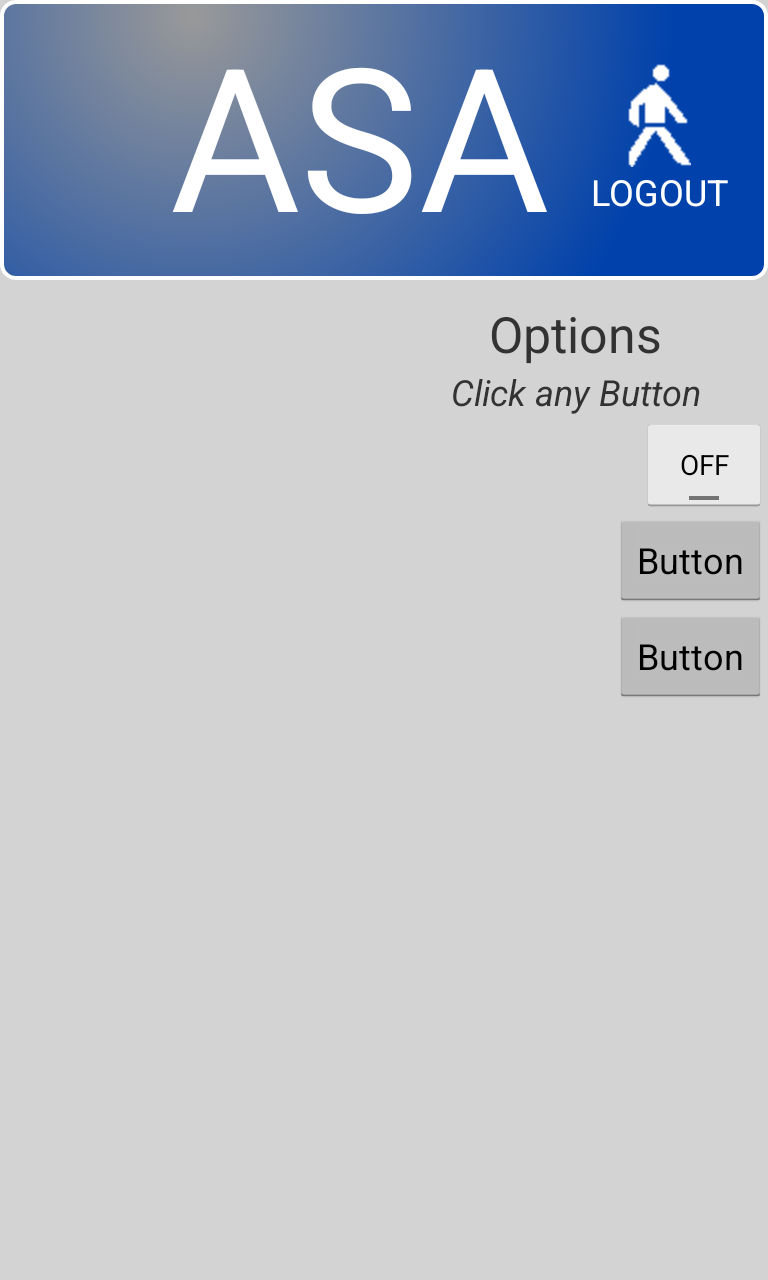
Repository: vinnare89/ASA
Layout: ASA/res/layout/asa_layout.xml
The author's editor kept a copy of each file at every save. The layout is drawn from the files as they stood at one save, then again after the next save.
It is drawn on a 768 x 1280 px phone screen (xhdpi) without system bars, with theme AppTheme; the app's code is not run.

Above is the layout before, as saved 2013-12-15 15:13:06.

After the next save:
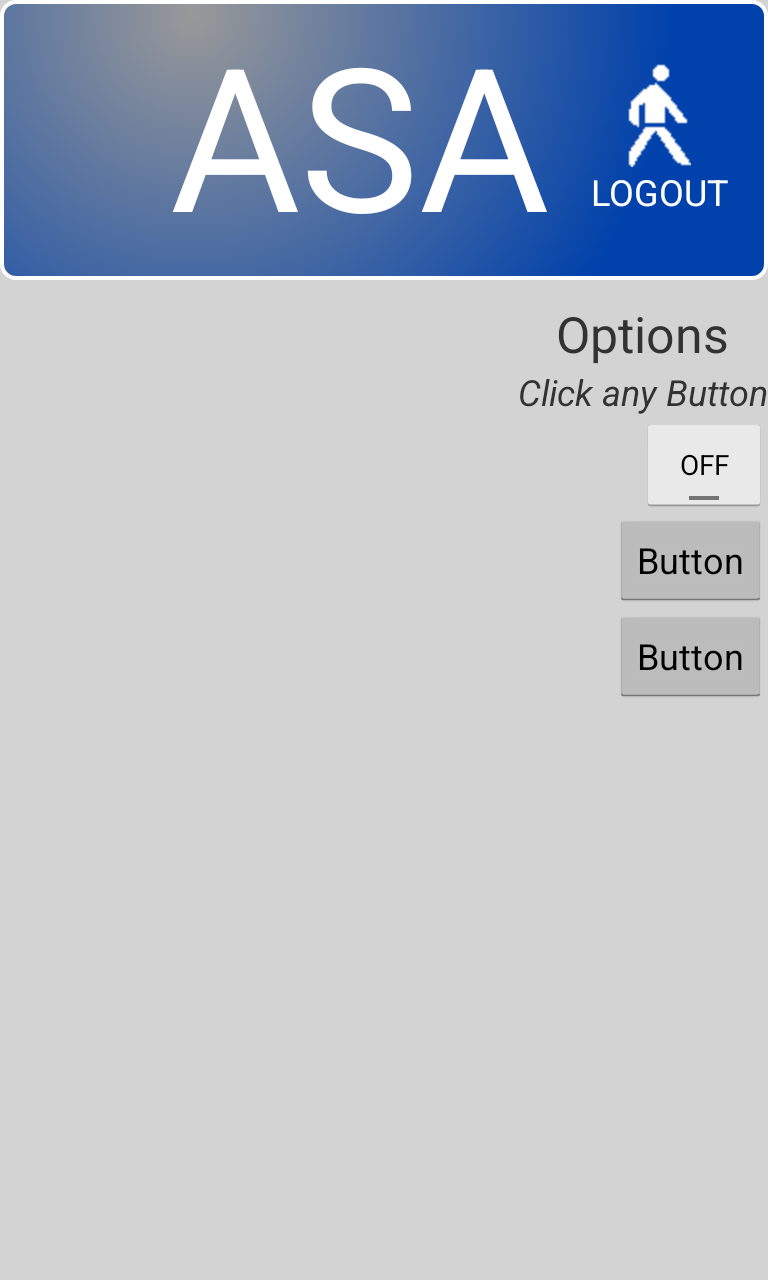
Saved 4 min 26 s later.
--- a/ASA/res/layout/asa_layout.xml
+++ b/ASA/res/layout/asa_layout.xml
@@ -45,17 +45,11 @@
         android:layout_height="fill_parent"
         android:gravity="center_horizontal" >
 
-        <View
-            android:id="@+id/fakeView"
-            android:layout_width="0dp"
-            android:layout_height="0dp"
-            android:layout_centerInParent="true"/>
-
         <LinearLayout
             android:layout_width="wrap_content"
             android:layout_height="fill_parent"
             android:layout_alignParentLeft="true"
-            android:layout_alignRight="@id/fakeView"
+            android:layout_centerInParent="true"
             android:layout_marginTop="@dimen/asa_margin_top"
             android:orientation="vertical" >
 
@@ -68,13 +62,11 @@
                 <!-- PLACE MAP HERE -->
 
             </LinearLayout>
-
         </LinearLayout>
 
         <LinearLayout
             android:layout_width="wrap_content"
             android:layout_height="wrap_content"
-            android:layout_alignLeft="@id/fakeView"
             android:layout_alignParentRight="true"
             android:layout_marginTop="@dimen/asa_margin_top"
             android:orientation="vertical" >
@@ -116,9 +108,7 @@
                 android:layout_height="wrap_content"
                 android:layout_gravity="right"
                 android:text="Button" />
-
         </LinearLayout>
-
     </RelativeLayout>
 
 </LinearLayout>
